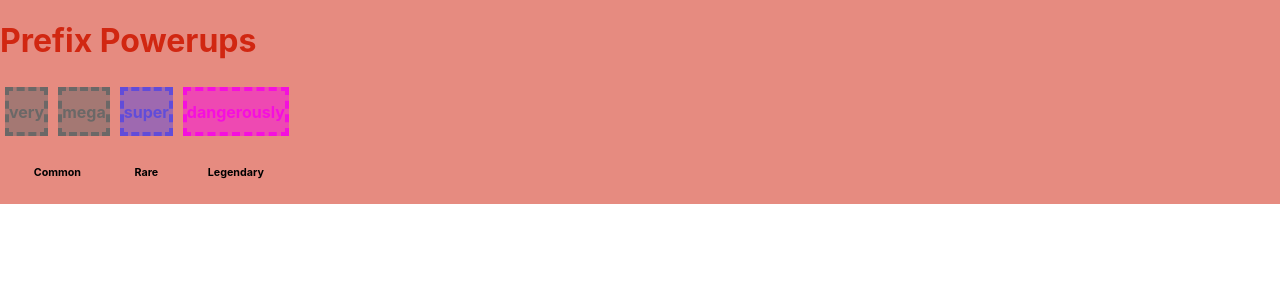
Repository: bsalgado98/buns-inator
Page: /
An editor plug-in stored every save of this project. The page is shown before and after the next save, followed by the edit.
The browser window is 1280 px wide. The pictures show the whole page.
The project was rebuilt for these pictures with package versions that can differ from the ones it lists, and the page was loaded fresh each time.

Above is the page before, as saved 2022-04-25 22:33:29.

After the next save:
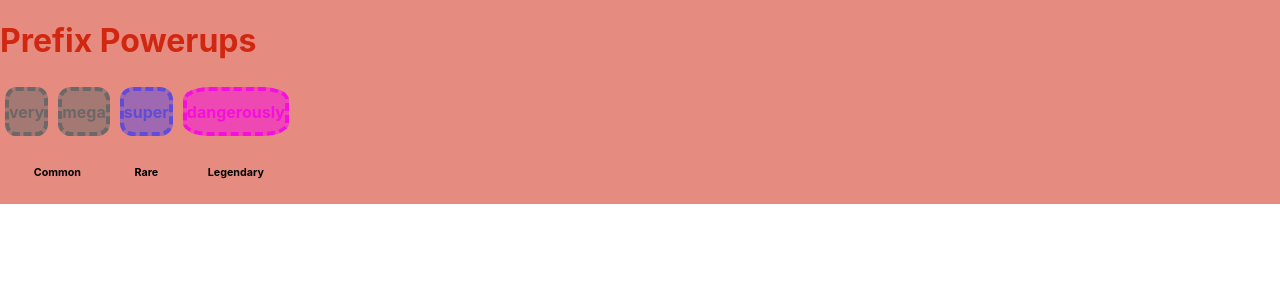
Saved 17 s later.
--- a/src/components/WordCard/WordCard.js
+++ b/src/components/WordCard/WordCard.js
@@ -5,7 +5,8 @@ const WordCard = ({ text = "N/A", color = "#000000" }) => {
                 background: `${color}88`,
                 display: 'flex',
                 border: `4px dashed ${color}`,
-                margin: '5px'
+                margin: '5px',
+                borderRadius: '25%'
             }
         },
         text: {
